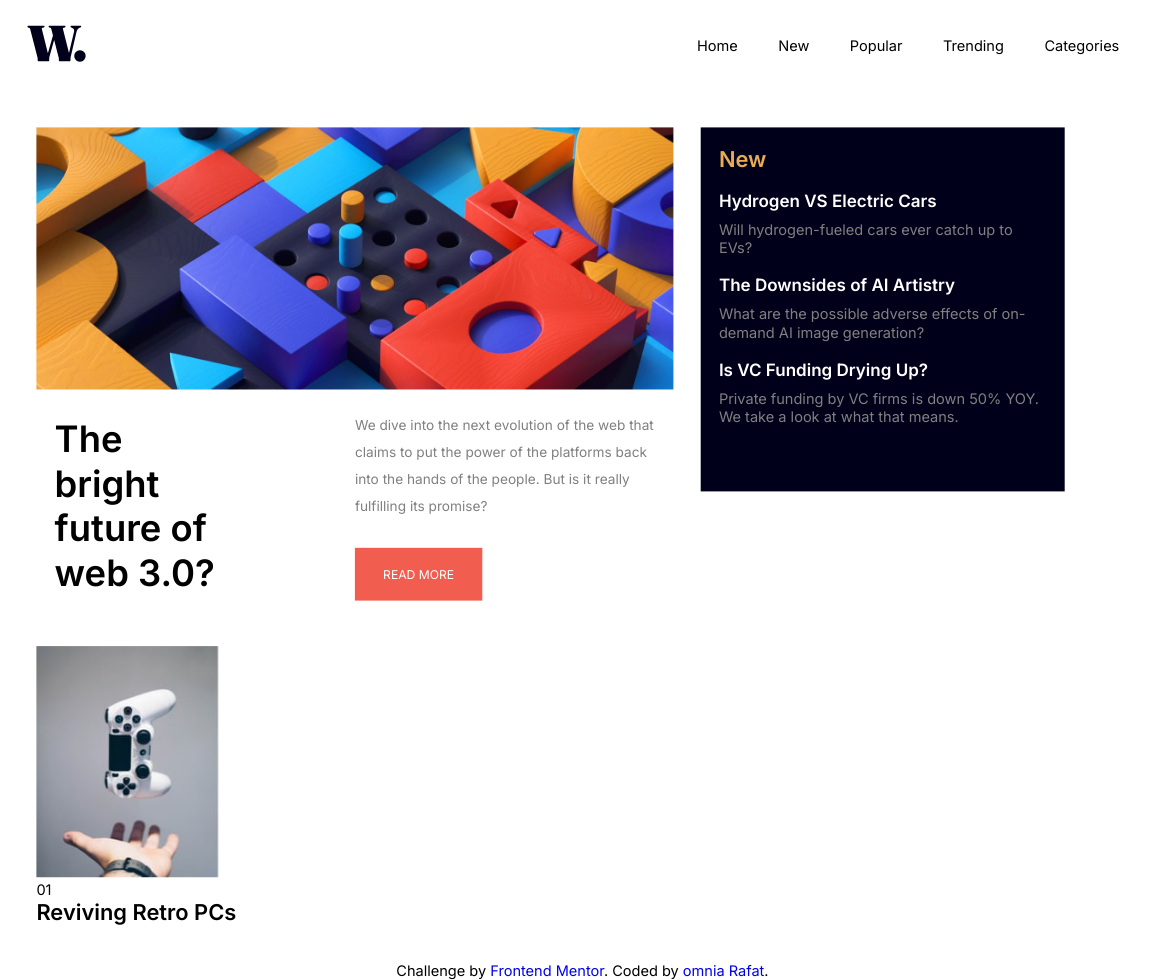
Repository: OmniaRafat232111121/HomePage
Page: index.html
These files come from the project's save history. The page is drawn as it stood at one moment and after a run of saves; the edit follows.
The browser window is 1280 px wide. The pictures show the whole page, at 91% of full size.

Above is the page before, as saved 2022-12-17 17:20:43.

### index.html
<!DOCTYPE html>
<html lang="en">
<head>
  <meta charset="UTF-8">
  <meta name="viewport" content="width=device-width, initial-scale=1.0"> <!-- displays site properly based on user's device -->

  <link rel="icon" type="image/png" sizes="32x32" href="./assets/images/favicon-32x32.png">

  <title>Frontend Mentor | News homepage</title>
 <link rel="stylesheet" href="style.css">
</head>
<body>
  <!--header start-->
  <header class="header">
    <div class="logo">
      <a href="index.html">
        <img src="./assets/images/logo.svg" alt="image"/>
      </a>
    </div>
    <nav>
      <ul>
        <li href="index.html"><a>Home</a></li>
        <li href="#new"><a>New</a></li>
        <li href="#popular"><a>Popular</a></li>
         <li href="#trending"><a>Trending</a></li>
         <li href="#categories"><a>Categories</a></li>

      </ul>
    </nav>

  </header>
    <!--header ends-->
    <!--home start-->
    <section class="home">
      <div class="container">
        <div class="col-play">
            <img src="./assets/images/image-web-3-desktop.jpg" alt="image"/>
            <div class="content">
              <div class="heading">
                <h1>The bright future of web 3.0?</h1>

              </div>
              <div class="reading">
               <p> We dive into the next evolution of the web that claims to put the power of the platforms back into the hands of the people.
                   But is it really fulfilling its promise?</p>
                 <button>Read More</button>
                  </div>

            </div>
        </div>
        <div class="col-content">
         <div class="new">
         <h2>New</h2>
      <h3><a href="#">Hydrogen VS Electric Cars</a></h3>
      <p>Will hydrogen-fueled cars ever catch up to EVs?</p>
      <h3><a href="#">The Downsides of AI Artistry</a></h3>
      <p>What are the possible adverse effects of on-demand AI image generation?</p>
      <h3><a href="#">Is VC Funding Drying Up?</a></h3>
      <p>Private funding by VC firms is down 50% YOY. We take a look at what that means.</p>

         </div>
        </div>




        <div class="products" id="products">
          <div class="product">
            <div class="image">
            <img src="./assets/images/image-gaming-growth.jpg"/>
            </div>
            <div class="con">
              <span>01</span>
              <h2>Reviving Retro PCs</h2>

            </div>

          </div>
          <div class="product">

          </div>
          <div class="product">

          </div>

        </div>
      </div>




    </section>
    <!--home end-->
  <div class="attribution">
    Challenge by <a href="https://www.frontendmentor.io?ref=challenge" target="_blank">Frontend Mentor</a>.
    Coded by <a href="#">omnia Rafat</a>.
  </div>
</body>
</html>

### style.css
@import url('https://fonts.googleapis.com/css2?family=Be+Vietnam+Pro:wght@100&family=Inter:wght@100;300;400;500;600&family=Montserrat:wght@400;700&family=Nunito:ital,wght@0,200;0,300;1,200&family=Open+Sans:ital,wght@0,300;0,600;0,700;1,300&family=Poppins:ital,wght@0,200;0,300;0,600;0,800;0,900;1,100;1,200;1,300;1,500&family=Work+Sans:ital,wght@0,100;0,200;0,400;0,500;1,200;1,300&display=swap');
*{
    margin:0;
    padding:0;
    box-sizing: border-box;
    font-family: Inter;
}
ul {
    list-style: none;
}
a{
    text-decoration: none;
}
.header{
    width: 100%;
    height:100px;
    display:flex;
    align-items: center;
    justify-content: space-between;
    padding:30px;
}
.header nav ul li{
    display: inline-block;
    padding:20px;
}
/*home*/
.home{
    padding:40px;
}
.container{
   display: grid;
    grid-template-columns: 700px 60px;
    gap: 30px;


}
.col-play{
    flex-basis: 80%;
}
.col-play img{
    max-width: 100%;
    width:100%;
}
.content{
    display:flex;
    align-items: center;
    justify-content: space-between;
    padding:20px;
}
.heading{
    flex-basis: 50%;
}
.heading h1{
    width:60%;
    font-size: 40px;
    font-weight: bold;
}
.reading{
    flex-basis: 50%;
}
.reading button{
    color:white;
    margin-top: 30px;
    background-color:hsl(5, 85%, 63%);
    border:1px solid transparent;
    padding:20px 30px ;
    text-transform: uppercase;
    display:block;
}
.reading button:hover{
color:hsl(5, 85%, 63%);
background-color: #000;
}
.reading p{
    color:hsl(0, 0%, 50%);
    line-height:2;
    font-size: 15px;
}
.col-content{
    flex-basis: 20%;
}
.new{
    width:400px;
    height:400px;
    background-color: hsl(240, 100%, 5%);
    color:#fff;
    padding:20px;
}

.new h2{
    color:hsl(35, 77%, 62%);
}
.new h3 a{
    color:#fff;
    padding-top: 20px;

}
.new h3{
    margin-top: 20px;
}
.new p{
    color:hsl(0, 0%, 50%);
    margin-top: 10px;
}
.attribution{
    text-align: center;
}

After the next 2 saves:
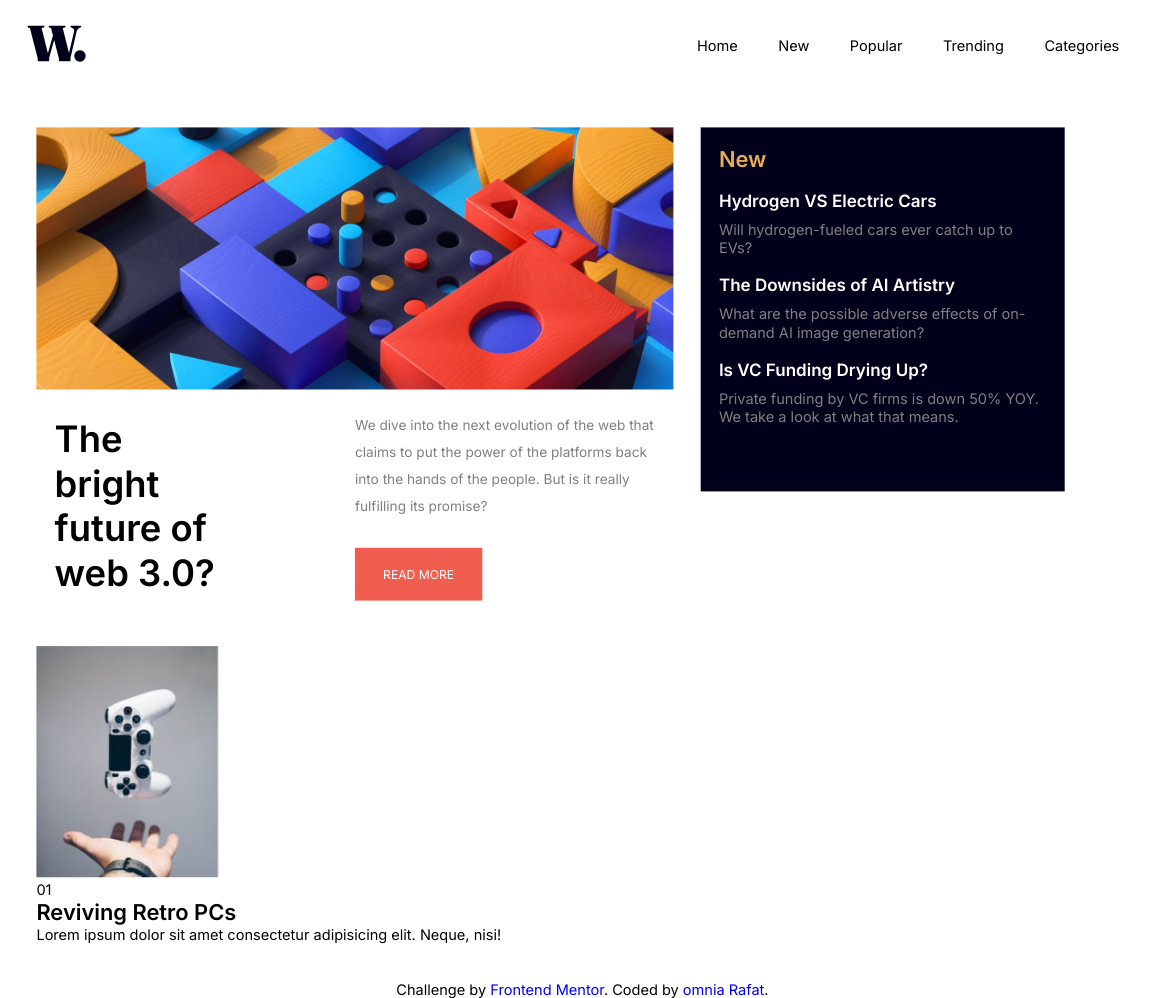
The 2 saves are shown as one change because they came seconds apart.
The last was saved 12 s later.
--- a/index.html
+++ b/index.html
@@ -72,6 +72,7 @@
             <div class="con">
               <span>01</span>
               <h2>Reviving Retro PCs</h2>
+              <p>Lorem ipsum dolor sit amet consectetur adipisicing elit. Neque, nisi!</p>
 
             </div>
 
